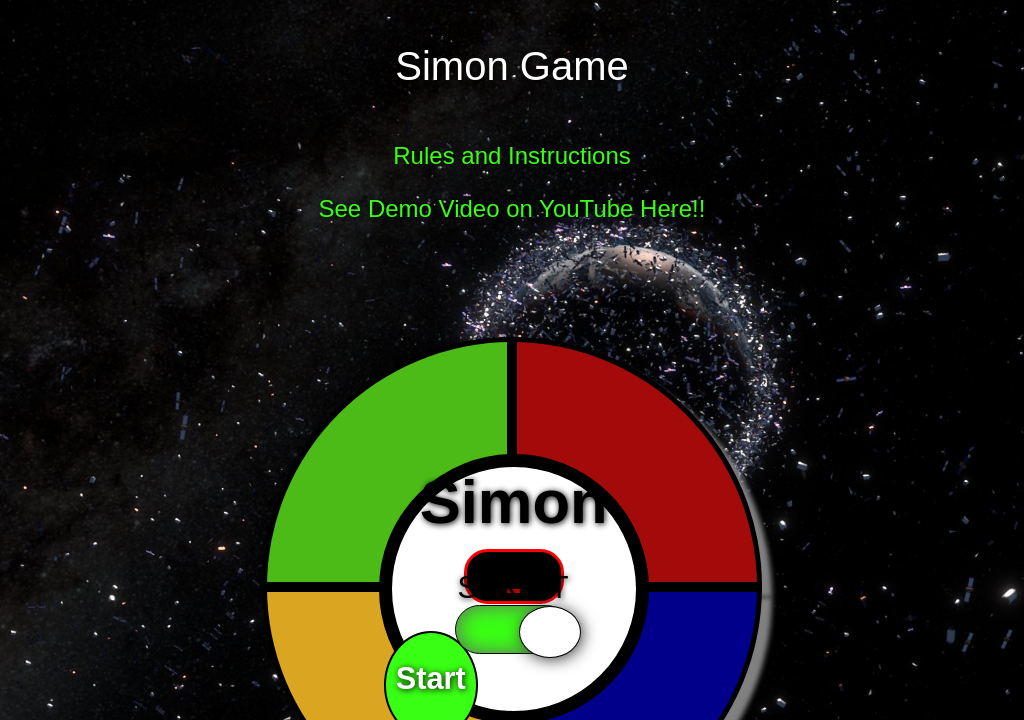
Repository: cgaynor91/Simon-Memory-Game
Page: index.html
The author's editor kept a record of every edit. The page is drawn from the files as they stood at one moment, then again after the next edit.
The browser window is 1024 px wide. The pictures show the whole page.
An inner scrolling area shows only its first screen. Some web fonts or font styles are not loaded; a fallback is used.

Above is the page before.

### index.html
<!DOCTYPE html>
<html lang="en">

<head>
  <meta charset="UTF-8">
  <meta name="viewport" content="width=device-width, initial-scale=1.0">
  <meta http-equiv="X-UA-Compatible" content="ie=edge">
  <title>Simon Memory Game</title>

  <!-- Style sheets -->
  <link rel="stylesheet" href="https://stackpath.bootstrapcdn.com/bootstrap/4.3.1/css/bootstrap.min.css">
  <link href="https://fonts.googleapis.com/css?family=Fascinate+Inline&display=swap" rel="stylesheet" type="text/css">
  <link class="favicon" rel="icon" href="assets/images/favicon.ico" type="image/ico">

  <link rel="stylesheet" href="assets/css/style.css">

</head>


<body>
  <!-- Main Container -->

  <div class="container-fluid header">
    <!--main container-->
    <div class="row">
      <div class="col">
        <h1 class="m-4 py-2">Simon Game</h1>
      </div>
    </div>


    <!-- Button trigger modal - adapted from getbootstrap.com -->
    <button type="button" class="btn btn-modal" data-toggle="modal" data-target="#exampleModal">
  Rules and Instructions
</button>

    <!-- Modal -->
    <div class="modal fade" id="exampleModal" tabindex="-1" role="dialog" aria-labelledby="exampleModalLabel" aria-hidden="true">
      <div class="modal-dialog" role="document">
        <div class="modal-content">
          <div class="modal-header px-0 pl-4">
            <h3 class="modal-title" id="ModalLabel">Rules & Instructions</h3>
            <button type="button" class="close" data-dismiss="modal" aria-label="Close">
          <span aria-hidden="true">&times;</span>
        </button>
          </div>
          <div class="modal-body">
            <p class="text-center"> Think fast... SIMON says, "Chase my flashing lights and sounds"!</p> <br> The challenge is to repeat the ever-increasing random signals that SIMON generates.<br>
            <h4 class="text-center"> How To Play?</h4><br> 1. Press green START button; SIMON will give the first signal.<br> 2. Repeat the signal by pressing the same pad.<br> 3. SIMON will duplicate the first signal and will add one.<br> 4. Repeat these two signals by pressing
            the same colour pads.<br> 5. SIMON will duplicate these first two signals and add one.<br> 6. You must reach 20 to win.<br><br>

            <h4 class="text-center"> Strict Mode</h4><br> When Strict mode is selected you cannot get your sequence wrong at any point or your game will be reset back to the start

          </div>
          <div class="modal-footer">
            <button type="button" class="btn btn-modal" data-dismiss="modal">Close</button>
          </div>
        </div>
      </div>
    </div>

    <div class="row">
      <div class="rules-col col">
        <a href="https://www.youtube.com/watch?v=1Yqj76Q4jJ4" target="_blank">See Demo Video on YouTube Here!!</a>
      </div>
    </div>

    <!-- will hold the simon board -->
    <div class="container-fluid outer-circle">
      <div class="row">
        <div class="col simon-board">
          <div class="pads">
            <div id="greenpad" class="pad green-pad"></div>
            <div id="redpad" class="pad red-pad"></div>
            <div id="yellowpad" class="pad yellow-pad"></div>
            <div id="bluepad" class="pad blue-pad"></div>
          </div>

          <!-- inner -circle of board containg number counter and switches -->

          <div class="inner-circle">
            <div class="label">Simon</div>
            <div id="turn" class="display">-</div>
            <div id="start" class="start-button">Start</div>
            <div class="container strict">
              <div class="strict-label">
                <p>STRICT</p>
                <div class="strict-switch">
                  <input type="checkbox" id="strict" class="toggle" checked/>
                </div>
              </div>
            </div>
          </div>
        </div>
      </div>
    </div>
  </div>
<!-- Footer -->
  <div class="container-fluid footer">
    <div class="row justify-content-center">
      <p>Website created by Claire Gaynor &copy;
        <br> For educational purposes only.</p>
    </div>
  </div>

  <!-- Audio Clips -->
  <audio id="sound-green" src="assets/sounds/green.mp3"></audio>
  <audio id="sound-red" src="assets/sounds/red.mp3"></audio>
  <audio id="sound-yellow" src="assets/sounds/yellow.mp3"></audio>
  <audio id="sound-blue" src="assets/sounds/blue.mp3"></audio>
  <audio id="game-win" src="assets/sounds/game-win.wav"></audio>
  <audio id="game-over" src="assets/sounds/game-over.wav"></audio>



  <!-- Scripts located at the bottom of the body to ensure quick page loading -->
  <script src="https://cdnjs.cloudflare.com/ajax/libs/jquery/3.4.1/jquery.slim.min.js"></script>
  <script src="https://ajax.googleapis.com/ajax/libs/jquery/3.3.1/jquery.min.js"></script>
  <script src="https://cdnjs.cloudflare.com/ajax/libs/popper.js/1.15.0/umd/popper.min.js"></script>
  <script src="https://stackpath.bootstrapcdn.com/bootstrap/4.3.1/js/bootstrap.min.js"></script>
  <script src="assets/js/script.js"></script>



</body>

</html>

### assets/css/style.css
@import url('https://fonts.googleapis.com/css?family=Fascinate+Inline:100,200,300,400,500,600,700');


html,

body {
  width: 100%;
  height: 100%;
  margin: 0;
  padding: 0;
  overflow-x: hidden;
  background-image: url("../images/bgimage.jpg");
  background-color: #161677;
  background-size: cover;
  font-family: 'Fascinate inline', sans-serif;
  text-shadow: 1px 1px 6px #000000;
}

.row {
  text-align: center;
  padding: 10px;
  margin: 0;
  width: 100%;
  height: 100%;
}

a {
  color: #39ff14;
  padding-top: 5px;
  font-size: 1.5em;
}

a:hover {
  color: #fff;
  text-decoration: none;
}

.rules-col {
  margin-bottom: 50px;
}

h1 {
  color: #fff;
  margin-top: 10px;
}

.label {
  position: absolute;
  font-size: 2.2em;
  color: #000;
  font-weight: bold;
  margin-top: 10px;
}


/* Modal */

.modal-content {
  background-image: url("../images/bgimage.jpg");
  text-align: left;
  font-size: 1.2em;
  color: #39ff14;
}

.btn-modal {
  color: #39ff14;
  padding-top: 5px;
  font-size: 1.5em;
}

.btn-modal:hover {
  color: #fff;
}

/* Containers */

.header {
  color: white;
  text-align: center;
}

.outer-circle {
  padding: 0;
  margin: auto;
  width: 100%;
  height: 100vw;
  max-width: 600px;
  max-height: 600px;
  border-radius: 50%;
  background-color: transparent;
  margin-bottom: 230px;
  display: flex;
}


.strict {
  position: absolute;
  margin-top: 149px;
  margin-left: 50px;
  padding: 0px;
  width: 29%;
  line-height: 0;
}


.footer {
  color: #fff;
}


/* Controls */

.inner-circle {
  display: -webkit-box;
  display: -ms-flexbox;
  display: flex;
  -webkit-box-pack: center;
  -ms-flex-pack: center;
  justify-content: center;
  position: absolute;
  background-color: #fff;
  top: 27%;
  left: 27%;
  width: 46vw;
  height: 46vw;
  max-width: 270px;
  max-height: 270px;
  border: solid 13px #000;
  border-radius: 50%;
  line-height: 50px;
  box-sizing: border-box;
  -moz-box-sizing: border-box;
  -webkit-box-sizing: border-box;
}


#turn {
  position: absolute;
  top: 70px;
  max-width: 100px;
  max-height: 55px;
  color: #ff0000;
  background-color: #000;
  width: 39vw;
  height: 11vw;
  margin: auto;
  border: solid 3px #ff0000;
  border-radius: 6px;
  font-size: 2em;
}

.start-button {
  float: left;
  margin-right: 100px;
  margin-top: 135px;
  padding: 10px;
  line-height: 3em;
  font-weight: bold;
  background-color: #39ff14;
  height: 70px;
  width: 70px;
  border-radius: 50%;
  border: solid 2px #000;
}

.start-button:active {
  background-color: #ccff00;
}

.strict-switch {
  margin-top: 17px;
}

.strict-label {
  color: #000;
}

input[type="checkbox"] {
  position: relative;
  width: 67px;
  height: 35px;
  -webkit-appearance: none;
  -moz-appearance: none;
  -o-appearance: none;
  appearance: none;
  background: #3e8231;
  border: solid 1px #000;
  border-radius: 25vw;
}

input:checked[type="checkbox"] {
  background-color: #39ff14;
}

input[type="checkbox"]:before {
  content: "";
  position: absolute;
  height: 34px;
  width: 34px;
  border-radius: 50%;
  border: solid .5px #000;
  background-color: #fff;
  box-shadow: 2px 2px 15px #444;
}

input:checked[type="checkbox"]:before {
  left: 35px;
}


/* Simon Board Pad Colours */

.pad {
  float: left;
  position: relative;
  width: 50%;
  height: 50vw;
  border: solid 12px #000;
  max-width: 300px;
  max-height: 300px;
  -moz-box-sizing: border-box;
  -webkit-box-sizing: border-box;
  box-shadow: 1px 1px 12px #000000;

}


#greenpad {
  position: absolute;
  height: 250px;
  width: 250px;
  border-radius: 250px 0 0 0;
  -moz-border-radius: 250px 0 0 0;
  -webkit-border-radius: 250px 0 0 0;
  background: #4CBB17;
  top: 50%;
  left: 50%;
  margin: -250px 0px 0px -250px;
  border-style: solid;
  border-width: 5px;
  box-sizing: border-box;
  -moz-box-sizing: border-box;
  -webkit-box-sizing: border-box;
}

#redpad {
  position: absolute;
  height: 250px;
  width: 250px;
  -moz-border-radius: 0 250px 0 0;
  -webkit-border-radius: 0 250px 0 0;
  background: #a30b0b;
  top: 50%;
  left: 50%;
  margin: -250px 0px 0px 0px;
  border-style: solid;
  border-width: 5px;
  box-shadow: 10px 10px 5px grey;
  box-sizing: border-box;
  -moz-box-sizing: border-box;
  -webkit-box-sizing: border-box;
}

#yellowpad {
  position: absolute;
  height: 250px;
  width: 250px;
  -moz-border-radius: 0 0 0 250px;
  -webkit-border-radius: 0 0 0 250px;
  background: #daa520;
  top: 50%;
  left: 50%;
  margin: 0px -250px 0px -250px;
  border-style: solid;
  border-width: 5px;
  box-sizing: border-box;
  box-shadow: 10px 10px 5px grey;
  -moz-box-sizing: border-box;
  -webkit-box-sizing: border-box;
}

#bluepad {
  position: absolute;
  height: 250px;
  width: 250px;
  -moz-border-radius: 0 0 250px 0;
  -webkit-border-radius: 0 0 250px 0;
  background: #00008b;
  top: 50%;
  left: 50%;
  margin: 0px 0px -250px 0px;
  border-style: solid;
  border-width: 5px;
  box-sizing: border-box;
  box-shadow: 10px 10px 5px grey;
  -moz-box-sizing: border-box;
  -webkit-box-sizing: border-box;
}

/* Media Queries */

@media screen and (max-device-width: 600px) {

  .label {
    font-size: 6vw;

  }

  #turn {
    top: 13vw;
    width: 13vw;
    height: 9vw;
    font-size: 5vw;
    line-height: 7vw;
    border-radius: 2.3vw;
  }

  #start {
    font-size: 2.7vw;
    height: 11.3vw;
    width: 11.3vw;
    margin-right: 16.2vw;
    margin-top: 22.8vw;
    padding: 1.6vw 1.4vw;
  }

  .container.strict {
    bottom: -1vw;
    height: 15vw;
    width: 25vw;
    margin-left: 9vw;
    font-size: 3vw;
  }
  input[type="checkbox"] {
    height: 6.1vw;
    width: 11.3vw;
    border-radius: 25vw;
    -webkit-box-shadow: inset 0 0 2vw rgb(103, 103, 103);
    -o-box-shadow: inset 0 0 2vw rgb(103, 103, 103);
    box-shadow: inset 0 0 2vw rgb(103, 103, 103);
  }
  input[type="checkbox"]:before {
    height: 6.1vw;
    width: 6.1vw;
  }

  input:checked[type="checkbox"]:before {
    left: 6.1vw;
  }
}


@media only screen
and (min-device-width : 768px)
and (max-device-width : 1024px) {
  .label {
    font-size: 6vw;
  }

  #turn {
    top: 8vw;
    width: 13vw;
    height: 9vw;
    font-size: 5vw;
    line-height: 7vw;
    border-radius: 2.3vw;
  }

  #start {
    font-size: 3vw;
    line-height: 7vw;
    height: 10.5vw;
    width: 11.3vw;
    margin-right: 16.2vw;
    margin-top: 16.1vw;
    margin-bottom: 10vw;
  }


  .container.strict {
    bottom: 2vw;
    height: 10vw;
    width: 15vw;
    margin-right: 5vw;
    font-size: 3vw;
  }

  input[type="checkbox"] {
    height: 4.8vw;
    width: 11.3vw;
    border-radius: 25vw;
    -webkit-box-shadow: inset 0 0 2vw rgb(103, 103, 103);
    -o-box-shadow: inset 0 0 2vw rgb(103, 103, 103);
    box-shadow: inset 0 0 2vw rgb(103, 103, 103);
  }
  input[type="checkbox"]:before {
    height: 5.1vw;
    width: 6.1vw;
  }

  input:checked[type="checkbox"]:before {
    left: 6.1vw;
  }
}

### assets/js/script.js
// Variables

let order = [];
let playerOrder = [];
let flash, turn, good, compTurn, intervalId, win;
let strict = true;
let volume = true;

// Variables targeted using jquery

const turnCounter = document.getElementById("turn");
const pad = document.getElementById("pad");
const greenPad = document.getElementById("greenpad");
const redPad = document.getElementById("redpad");
const yellowPad = document.getElementById("yellowpad");
const bluePad = document.getElementById("bluepad");
const strictButton = document.getElementById("strict");
const startButton = document.getElementById("start");



// Adapt game to play in strict mode if selected

$(strictButton).on('click', function() {
  if (strictButton.checked === true) {
    strict = true;
    turn = 1;
    clearInterval(intervalId);
    if ($(turnCounter).text() == "-") {
      $(turnCounter).text("-");
    }
    else {
      $(turnCounter).text("0");
    }
    setTimeout(function() {
      clearColor();
    }, 800);
  }
  else {
    strict = false;
  }
});


// Intialize Game when start button clicked

$(startButton).on("click", function() {
  clearInterval(intervalId);
  playGame();
});

// This function runs when it is time for the computer to generate a sequence.


function playGame() {
  intervalId = 0;
  win = false;
  $(turnCounter).text("1");
  playerOrder = [];
  turn = 1;
  flash = 0;
  good = true;
  for (var i = 0; i < 20; i++) {
    order.push(Math.floor(Math.random() * 4) + 1);
  }
  compTurn = true;

  intervalId = setInterval(gamePlay, 800);
}

/* A function to identify if it is the player's turn or the computer's turn.
The amount of flashes must match the number in the turn counter - sequence stops and is logged.
The comptuer reproduces a sequence and checks light id and applies correct light and sound function
Code here is partly taken from a tutorial on youtube by freecodecamp(credits & link in Readme)*/

function gamePlay() {

  if (flash == turn) {
    clearInterval(intervalId);
    compTurn = false;
    clearColor();
  }

  if (compTurn) {
    clearColor();
    setTimeout(function() {
      if (order[flash] == 1) one();
      if (order[flash] == 2) two();
      if (order[flash] == 3) three();
      if (order[flash] == 4) four();
      flash++;
    }, 350);
  }
}

// Functions that generate lights and sounds for all four pads

function one() {
  if (volume) {
    let audio = document.getElementById("sound-green");
    audio.play();
  }
  volume = true;
  greenPad.style.backgroundColor = "#39ff14";
}

function two() {
  if (volume) {
    let audio = document.getElementById("sound-red");
    audio.play();
  }
  volume = true;
  redPad.style.backgroundColor = "#B22222";
}

function three() {
  if (volume) {
    let audio = document.getElementById("sound-yellow");
    audio.play();
  }
  volume = true;
  yellowPad.style.backgroundColor = "#FFFF00";
}

function four() {
  if (volume) {
    let audio = document.getElementById("sound-blue");
    audio.play();
  }
  volume = true;
  bluePad.style.backgroundColor = "#0000ff";
}

// Returns pads to their original state

function clearColor() {
  greenPad.style.backgroundColor = "#4CBB17";
  redPad.style.backgroundColor = "#a30b0b";
  yellowPad.style.backgroundColor = "#daa520";
  bluePad.style.backgroundColor = "#00008b";
}

// Function to cause all colours to flash at the same time

function flashColor() {
  greenPad.style.backgroundColor = "#39ff14";
  redPad.style.backgroundColor = "#FF0000";
  yellowPad.style.backgroundColor = "#FFFF00";
  bluePad.style.backgroundColor = "#0000FF";
}

// Functions for wqhen each pads are clicked.
// By clicking one pad, a number is pushed into the player sequence array
// Colour clears after set time

$(greenPad).on('click', function() {
  playerOrder.push(1);
  check();
  one();
  if (!win) {
    setTimeout(function() {
      clearColor();
    }, 300);
  }
});

$(redPad).on('click', function() {
  playerOrder.push(2);
  check();
  two();
  if (!win) {
    setTimeout(function() {
      clearColor();
    }, 300);
  }
});

$(yellowPad).on('click', function() {
  playerOrder.push(3);
  check();
  three();
  if (!win) {
    setTimeout(function() {
      clearColor();
    }, 300);
  }
});

$(bluePad).on('click', function() {
  playerOrder.push(4);
  check();
  four();
  if (!win) {
    setTimeout(function() {
      clearColor();
    }, 300);
  }
});

// Function created to check and see if
// 1. The colour sequence is followed incorrectly
// 2. If player sequence matches the turn counter
// 3. If the player has completed 20 levels to win game
// 4. Also if strict mode is actve and the player has lost a game

function check() {
  if (playerOrder[playerOrder.length - 1] !== order[playerOrder.length - 1])
    good = false;

  if (playerOrder.length == 20 && good) {
    winGame();
  }

  if (good == false) {
    flashColor();
    $(turnCounter).text("NO!");
    let audio = document.getElementById("game-over");
    audio.play();
    setTimeout(function() {
      $(turnCounter).text((turn) - 1);
      clearColor();

      if (strict) {
        playGame();
      }
      else {
        compTurn = true;
        flash = 0;
        playerOrder = [];
        good = true;
        intervalId = setInterval(gamePlay, 800);
      }
    }, 800);

    volume = false;
  }

  else if (turn == playerOrder.length && good && !win) {
    turn++;
    playerOrder = [];
    compTurn = true;
    flash = 0;
    $(turnCounter).text((turn) - 1);
    intervalId = setInterval(gamePlay, 800);
  }
}

// Function is called upon if the player wins the game - displaying "WIN!" in the counter and playing audio

function winGame() {
  flashColor();
  $(turnCounter).text("WIN!");
  win = true;
  setTimeout(function() {
    let audio = document.getElementById("game-win");
    audio.play();
  }, 800);
}

After the next edit:
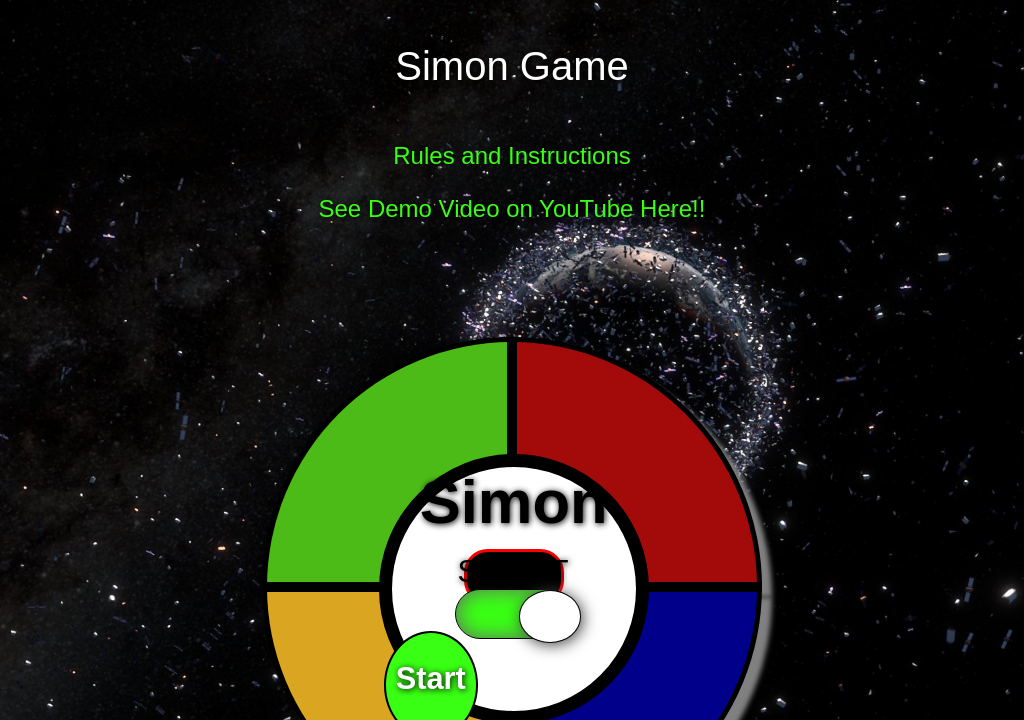
The edit:
--- a/assets/css/style.css
+++ b/assets/css/style.css
@@ -378,7 +378,7 @@
 
 
   .container.strict {
-    bottom: 2vw;
+    bottom: 3.5vw;
     height: 10vw;
     width: 15vw;
     margin-right: 5vw;
